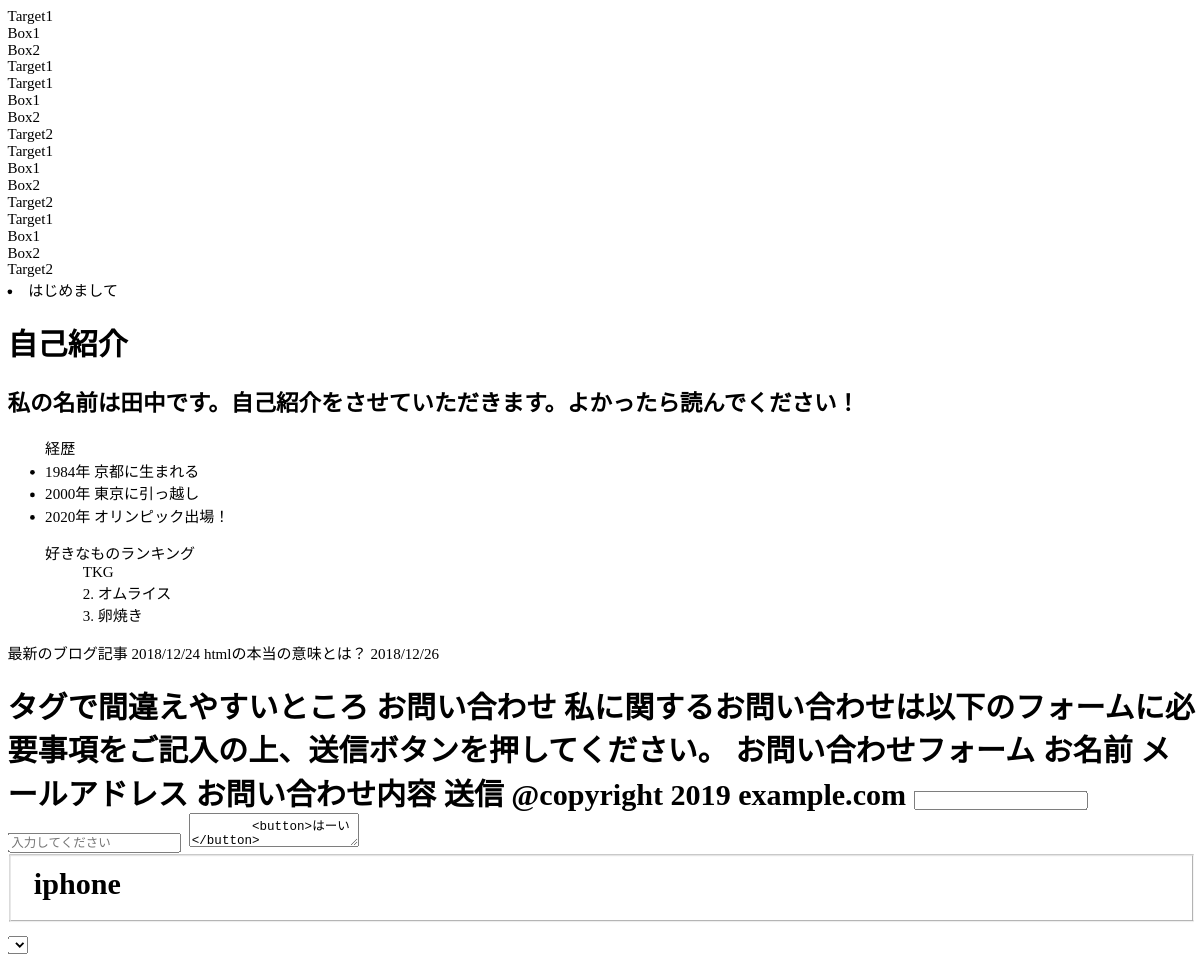
Repository: wairoku/suretigai1
Page: jack.html
The author's editor kept a copy of each file at every save. The page is drawn from the files as they stood at one save, then again after the next save.
The browser window is 1280 px wide. The pictures show the whole page, at 94% of full size.

Above is the page before, as saved 2019-01-02 19:20:20.

### jack.html
<!DOCTYPE html>
<body>


    <div id="target1">Target1</div>
    <div class="box">Box1</div>
    <div class="box">Box2</div>
    <div id="target1">Target1</div>

    <div id="target1">Target1</div>
    <div class="box1">Box1</div>
    <div class="box2">Box2</div>
    <div id="target1">Target2</div>

    <div id="target1">Target1</div>
    <div class="box">Box1</div>
    <div class="box">Box2</div>
    <div id="target2">Target2</div>

    <div id="target">Target1</div>
    <div class="box">Box1</div>
    <div class="box">Box2</div>
    <div id="target">Target2</div>

    <li>
        <a>
            はじめまして
        </a>
    </li>


<h1>自己紹介</h1>
<h2>私の名前は田中です。自己紹介をさせていただきます。よかったら読んでください！</h2>

<ul>経歴
    <li>1984年 京都に生まれる</li>
    <li>2000年 東京に引っ越し</li>
    <li>2020年 オリンピック出場！</li>
</ul>

<ul>好きなものランキング
        <ol>TKG</ol>
        <ol>2. オムライス</ol>
        <ol>3. 卵焼き</ol>
</ul>




最新のブログ記事
2018/12/24 htmlの本当の意味とは？
2018/12/26 <h1>タグで間違えやすいところ

お問い合わせ
私に関するお問い合わせは以下のフォームに必要事項をご記入の上、送信ボタンを押してください。
お問い合わせフォーム
お名前
メールアドレス
お問い合わせ内容
送信

@copyright 2019 example.com



    <input type="password">
    <!--comment -->
    <input type="text" placeholder="入力してください">

    <textarea>
        <button>はーい</button>
    </textarea>



    <fieldset>iphone

    </fieldset>

    <select>

</body>

After the next save:
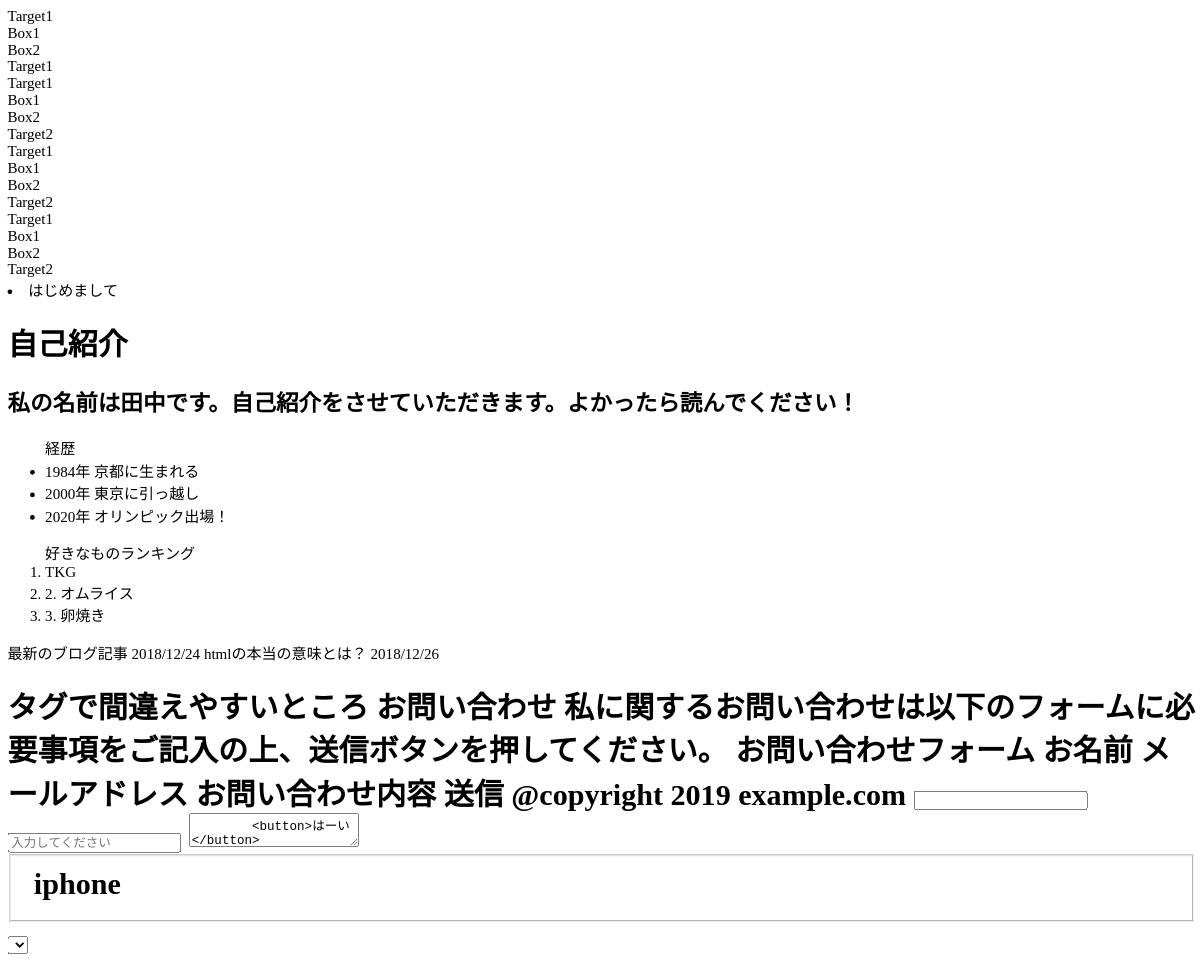
Saved 2 min 6 s later.
--- a/jack.html
+++ b/jack.html
@@ -38,11 +38,11 @@
     <li>2020年 オリンピック出場！</li>
 </ul>
 
-<ul>好きなものランキング
-        <ol>TKG</ol>
-        <ol>2. オムライス</ol>
-        <ol>3. 卵焼き</ol>
-</ul>
+<ol>好きなものランキング
+    <li>TKG</li>
+    <li>2. オムライス</li>
+    <li>3. 卵焼き</li>
+</ol>
 
 
 
